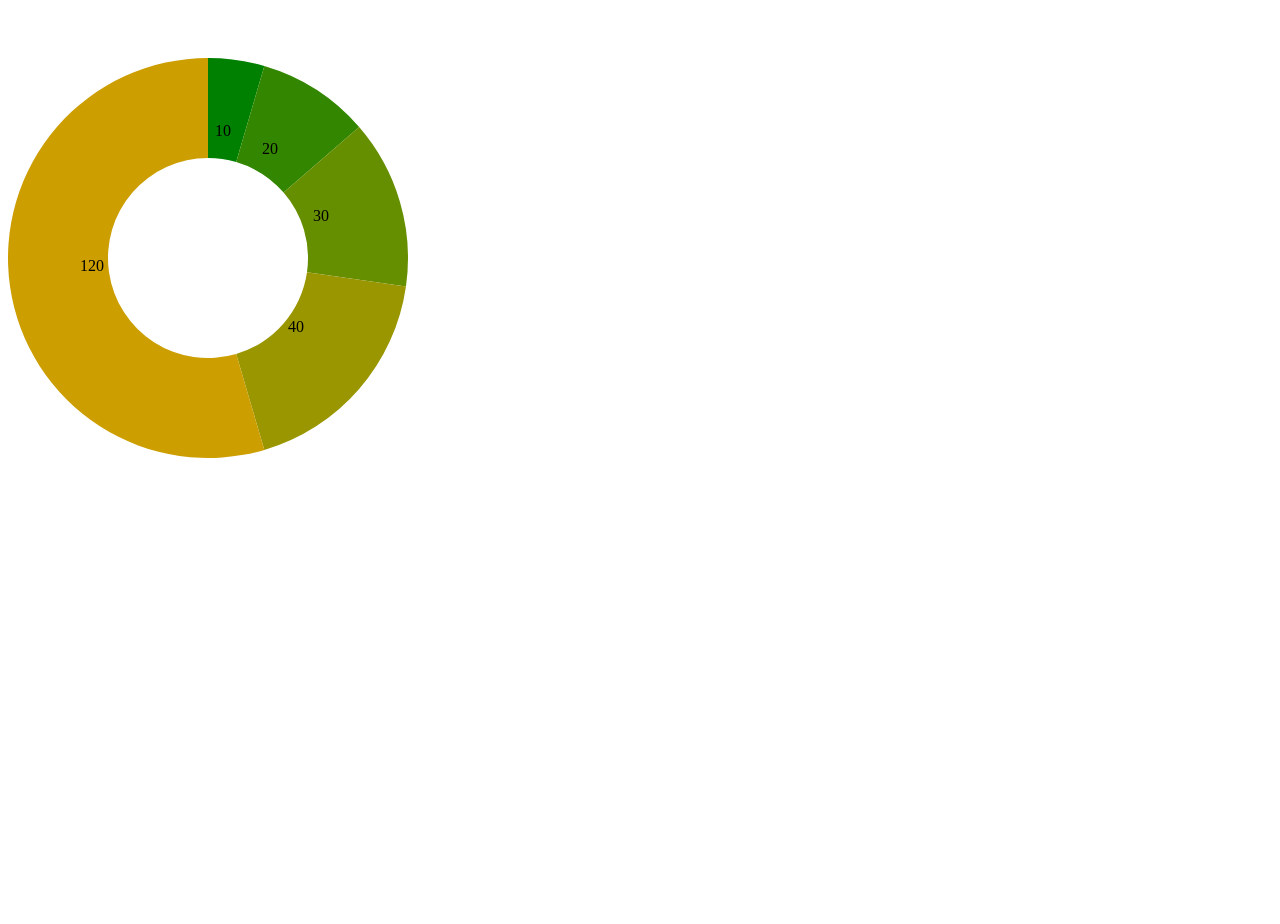
Repository: ajaytech/D3-sample-code
Page: D3 codes/D3PieChart.html
The author's editor kept a record of every edit. The page is drawn from the files as they stood at one moment, then again after the next edit.
The browser window is 1280 px wide. The pictures show the whole page.

Above is the page before.

After the next edit:
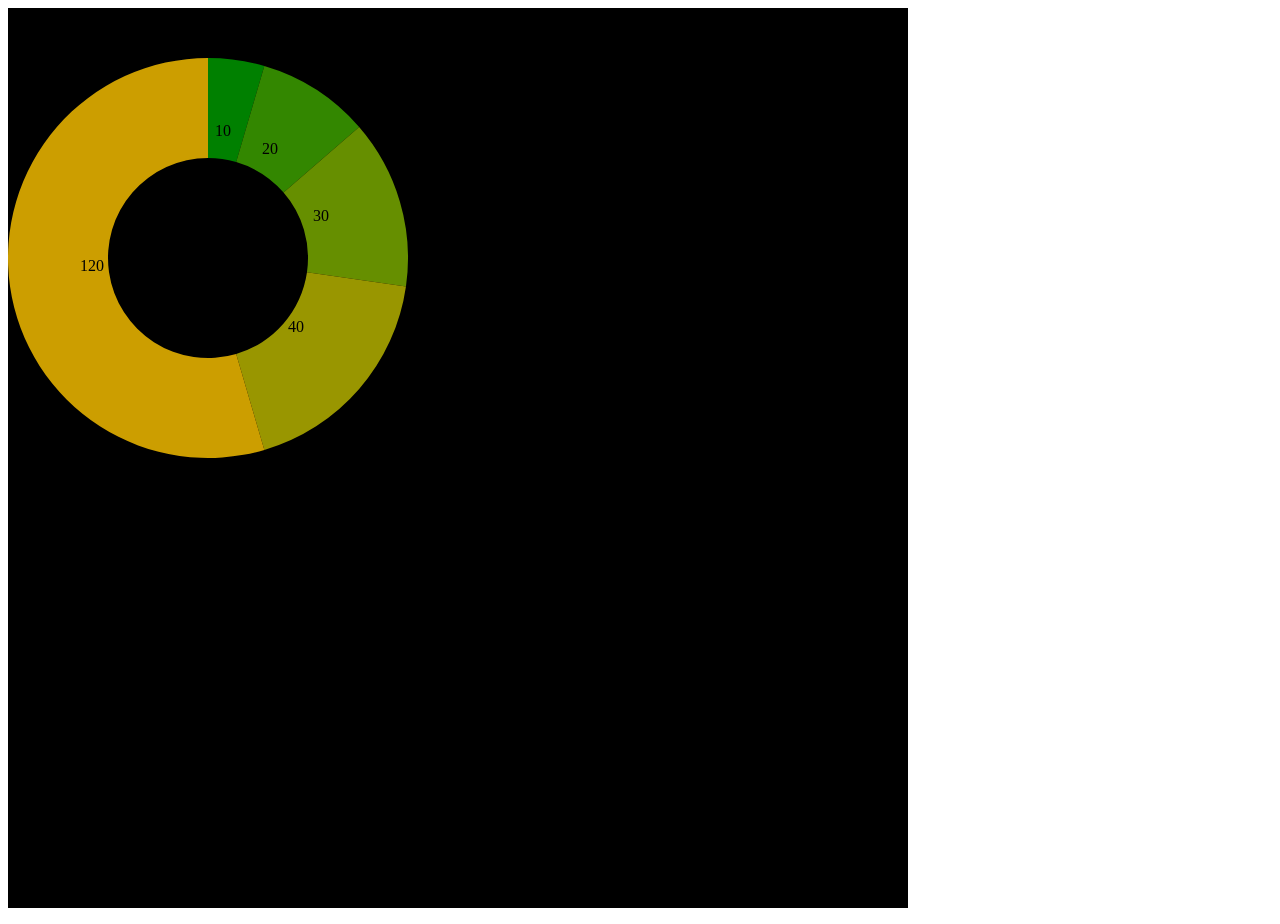
The edit:
--- a/D3 codes/D3PieChart.html
+++ b/D3 codes/D3PieChart.html
@@ -42,7 +42,7 @@
 var svg = d3.select("body").append("svg")
         .attr("width",widthSVG+extraPadding)
         .attr("height",heightSVG+extraPadding)
-        .attr("background","#000");
+        .style("background","#000");
 
 var tooltip = d3.select('body')
         .append('div')
